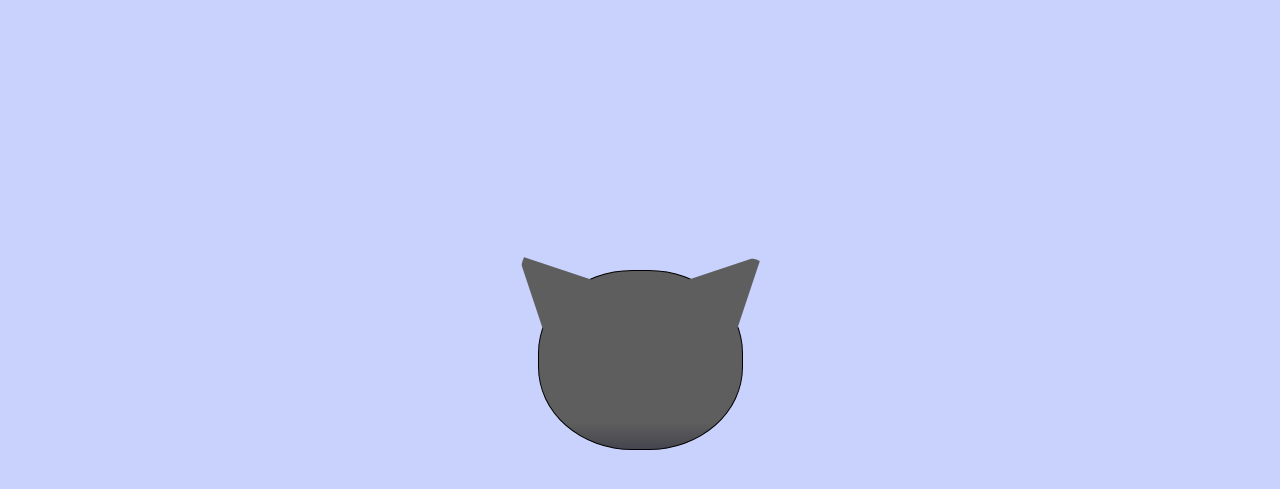
Repository: Lungdjos/cat_painting
Page: index.html
The author's editor kept a copy of each file at every save. The page is drawn from the files as they stood at one save, then again after the next save.
The browser window is 1280 px wide. The pictures show the whole page.

Above is the page before, as saved 2023-11-08 16:36:24.

After the next save:
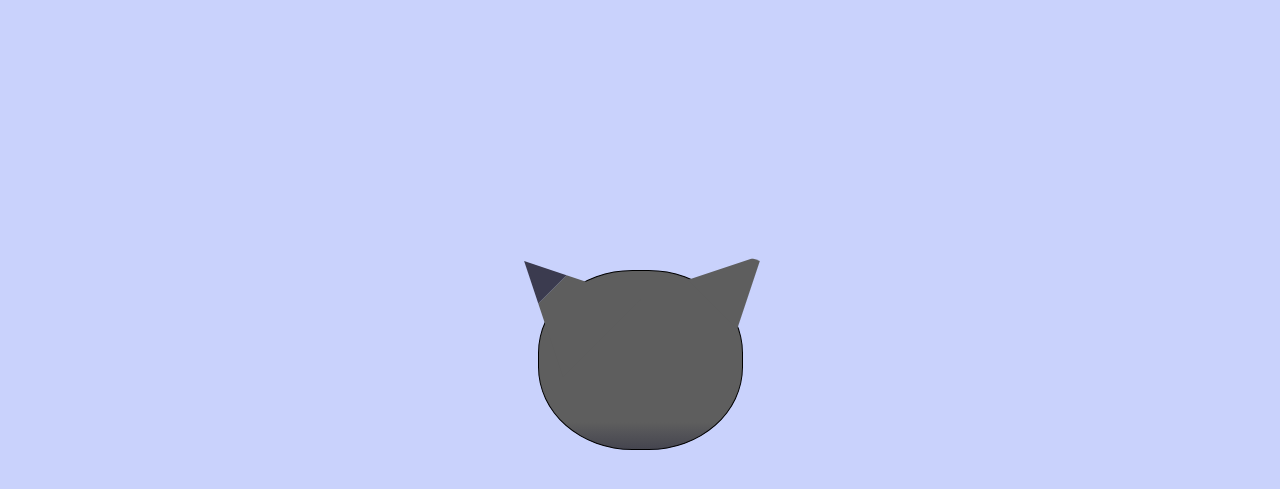
Saved 5 min 42 s later.
--- a/styles.css
+++ b/styles.css
@@ -45,3 +45,9 @@ body {
     border-bottom: 70px solid #5e5e5e;
     z-index: 1;
 }
+
+.cat-left-inner-ear {
+    border-left: 20px solid transparent;
+    border-right: 20px solid transparent;
+    border-bottom: 40px solid #3b3b4f;
+}
